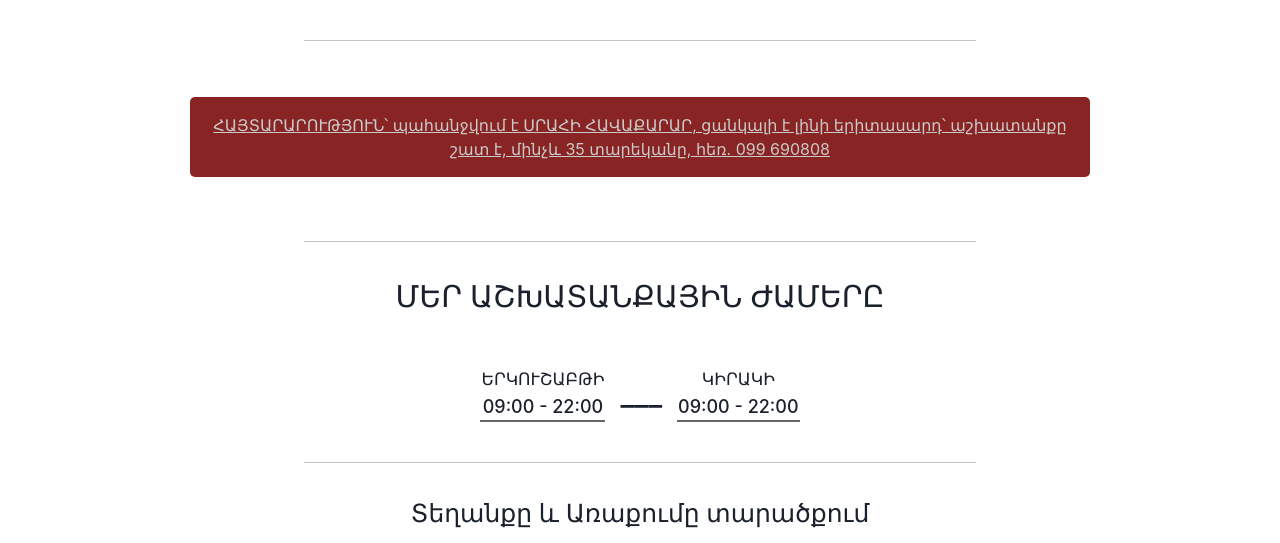
Repository: vahemar/xars
Page: /
The author's editor kept a copy of each file at every save. The page is drawn from the files as they stood at one save, then again after the next save.
The browser window is 1280 px wide. The pictures show the part of the page from y = 720 to 1263 px (the page is 3374 px tall).
Pictures or frames that could not be fetched are drawn as grey boxes. Some web fonts or font styles are not loaded; a fallback is used. Some web libraries are served in a nearby version. The project was rebuilt for these pictures with package versions that can differ from the ones it lists, and the page was loaded fresh each time. Also part of the build but not shown: vite.config.js, src/pages/Home/Delivery/index.jsx, src/pages/Menu/index.jsx.

Above is the page before, as saved 2025-06-18 00:38:03.

### index.html
<!doctype html>
<html lang="en">

<head>
  <meta charset="UTF-8" />
  <meta name="description" content="Ղարս Թոնրատուն - որակյալ սնունդ, մատչելի գներ Ղարս թոնրատանը" />
  <meta name="keywords" content="Ղարս Թոնրատուն, ձեր սիրելի թոնրատունը՝ 9, 7 Օհանովի փողոց, Երևան հասցեում" />
  <meta name="viewport" content="width=device-width, initial-scale=1.0" />
  <meta name="google-site-verification" content="C0qv3ZITlFUNR7viYanwiDDJmCASetbCN2-KpH32p_w" />
  <title>Ղարս Թոնրատուն</title>

  <link rel="icon" href="/src/assets/svg/xarslogo.svg" type="image/svg+xml" />
  <link
  rel="stylesheet"
  href="https://unpkg.com/leaflet@1.7.1/dist/leaflet.css"
/>
</head>

<body>
  <div id="root"></div>
  <script type="module" src="/src/main.jsx"></script>
</body>

</html>

### src/main.jsx
import { createRoot } from 'react-dom/client'
import App from './App.jsx'

createRoot(document.getElementById('root')).render(
  <>
    <App />
  </>
)

### src/App.jsx
import { ChakraProvider } from "@chakra-ui/react";
import { RouterProvider } from "react-router-dom";
import { router } from "./routes";
import { Analytics } from "@vercel/analytics/react";
import { Helmet, HelmetProvider } from "react-helmet-async";
import { SpeedInsights } from "@vercel/speed-insights/react";

function App() {
  return (
    <HelmetProvider>
      <ChakraProvider>
        <Helmet>
          <link rel="preload" as="font" href="/fonts/your-font.woff2" type="font/woff2" crossorigin="anonymous" />
          <title>Ղարս Թոնրատուն</title>
          <meta name="description" content="Ղարս Թոնրատուն - որակյալ սնունդ, մատչելի գներ Ղարս թոնրատանը" />
          <meta name="keywords" content="Ղարս Թոնրատուն, ձեր սիրելի թոնրատունը՝ << 9, 7 Օհանովի փողոց, Երևան >> հասցեում" />
        </Helmet>
        <SpeedInsights />
        <Analytics />
        <RouterProvider router={router} />
      </ChakraProvider>
    </HelmetProvider>
  );
}

export default App;

### src/routes/index.jsx
import React from "react";
import Home from "../pages/Home";
import { createBrowserRouter } from "react-router-dom";
import DefaultLayout from "../layouts/DefaultLayout";
import Menu from "../pages/Menu";

export const router = createBrowserRouter([
    {
        element: <DefaultLayout />,
        children: [
            {
                path: '/',
                element: <Home />,
            },
            {
                path: '/menu',
                element: <Menu />
            }
        ],
    },
]);

### src/pages/Home/index.jsx
import React from 'react'
import { Divider, Flex, Text } from '@chakra-ui/react'
import Workhours from './Workhours'
import Building from './Building'
import Delivery from './Delivery'
import Attention from './Attention'
import Location from './Location'

function Home() {
  return (
    <Flex p={2} gap={8} w={'full'} align={'center'} direction={'column'}>
      <Divider pt={8} w={'full'}  maxW={'2xl'} borderColor={'#9A9A9A'} />
      <Attention />
      <Divider pt={8} w={'full'}  maxW={'2xl'} borderColor={'#9A9A9A'} />
      <Workhours />
      <Divider w={'full'} maxW={'2xl'} borderColor={'#9A9A9A'} />
      <Flex direction={'column'} w={'full'} align={'center'}>
        <Text fontWeight={500} fontSize={'25px'} pb={10}>Տեղանքը և Առաքումը տարածքում</Text>
        <Location />
      </Flex>
      <Divider w={'full'} borderColor={'#9A9A9A'} />
      <Building />
    </Flex>
  )
}

export default Home

### src/layouts/DefaultLayout.jsx
import React from 'react'
import { Flex } from '@chakra-ui/react'
import Header from '../components/Header/Header'
import { Outlet } from 'react-router-dom'
import Footer from '../components/Footer/Footer'

function DefaultLayout() {
  return (
    <Flex w={'full'} direction={'column'}>
      <Header />
      <Outlet />
      <Footer />
    </Flex>
  )
}

export default DefaultLayout

### src/pages/Home/Workhours/index.jsx
import React from 'react'
import { Flex, Text, Divider } from '@chakra-ui/react'

function Workhours() {
    return (
        <Flex w={'full'} align={'center'} justify={'center'}>
            <Flex w={'full'} justify={'center'} gap={10} align={'center'} direction={'column'}>
                <Text fontWeight={500} fontSize={'30px'} textAlign={'center'}>ՄԵՐ ԱՇԽԱՏԱՆՔԱՅԻՆ ԺԱՄԵՐԸ</Text>
                <Flex w={'full'} align={'center'} flexWrap="wrap" justify={'center'} direction={'row'}>
                    <Flex direction={'row'} align={'center'} gap={2}>
                        <Flex direction={'column'} align={'center'} justify={'center'} m={2}>
                            <Text fontWeight={500} fontSize="17px">ԵՐԿՈՒՇԱԲԹԻ</Text>
                            <Text fontWeight={500} fontSize="18px">09:00 - 22:00</Text>
                            <Divider borderWidth={1} borderColor={'black'} />
                        </Flex>
                        <Text fontWeight={500} fontSize={'30px'}>___</Text>
                        <Flex direction={'column'} align={'center'} justify={'center'} m={2}>
                            <Text fontWeight={500} fontSize="17px">ԿԻՐԱԿԻ</Text>
                            <Text fontWeight={500} fontSize="18px">09:00 - 22:00</Text>
                            <Divider borderWidth={1} borderColor={'black'} />
                        </Flex>
                    </Flex>
                </Flex>
            </Flex>
        </Flex>
    )
}

export default Workhours;

### src/pages/Home/Building/index.jsx
import { Flex, Image, Text } from '@chakra-ui/react'
import React from 'react'
import building3 from '../../../assets/png/xarslocation3.webp'
import building2 from '../../../assets/png/xarslocation1.webp'
import building1 from '../../../assets/png/xarslocation2.webp'

function Building() {
  return (
    <Flex  pr={4} pl={4} pb={12} pt={4} w={'full'} gap={10} direction={'column'} justify={'center'} align={'center'}>
      <Flex direction={'column'} align={'center'}>
        <Text fontWeight={500} fontSize={'30px'}>ՇԻՆՈՒԹՅՈՒՆԸ</Text>
          <Flex color={'#F3E6E6'} direction={'column'}>
            <a href='https://www.google.com/maps/place/%D5%82%D5%A1%D6%80%D5%BD+%D4%B9%D5%B8%D5%B6%D6%80%D5%A1%D5%BF%D5%B8%D6%82%D5%B6+(Ghars%2FXars+Tonratun)/@40.1804887,44.4458657,18.75z/data=!4m6!3m5!1s0x406abd003d524eeb:0xdcf01adc8feb5539!8m2!3d40.1804333!4d44.4461906!16s%2Fg%2F11lmjpf67j?entry=ttu'>
              <Text fontSize={'17px'} lineHeight={'6px'} fontWeight={500} _hover={{ color: 'black' }} color={'gray'} transition={'0.2s'}>Ղարս Թոնրատուն </Text>
            </a>
          </Flex>
      </Flex>
      <Flex wrap={'wrap'} justify={'center'} direction={'row'} gap={'5px'} align={'center'}>
        <Image borderRadius={'5px'} src={building1} />
        <Image borderRadius={'5px'} src={building2} />
        <Image borderRadius={'5px'} src={building3} />
      </Flex>
    </Flex>
  )
}

export default Building

### src/pages/Home/Attention/index.jsx
import { Flex, Text } from '@chakra-ui/react'
import React from 'react'

function Attention() {
  return (
    <Flex mt={6} borderRadius={'5px'} p={4} maxW={'900px'} w={'full'} bg={'#882423'} direction={'column'} justify={'center'} align={'center'}>
        <a href='tel:099690808'>
        <Text textDecoration={'underline'} color={'#CACACA'} _hover={{color: 'white'}} transition={'0.2s'} textAlign={'center'} cursor={'pointer'}>ՀԱՅՏԱՐԱՐՈՒԹՅՈՒՆ՝ պահանջվում է ՍՐԱՀԻ ՀԱՎԱՔԱՐԱՐ, ցանկալի է լինի երիտասարդ՝ աշխատանքը շատ է, մինչև 35 տարեկանը, հեռ. 099 690808 </Text>
        </a>
    </Flex>
  )
}

export default Attention

### src/pages/Home/Location/index.jsx
import React from "react";
import { Flex, Image, Text } from '@chakra-ui/react'
import MapComponent from "../../../components/MapComponent/MapComponent";

const Location = () => {
    return (
        <Flex w={'full'} direction={'column'} justify={'center'} pb={2} >
            <MapComponent />
        </Flex>
    );
}

export default Location

### src/components/Header/Header.jsx
import React, { useState, useEffect } from 'react'
import { Box, Flex, Image, Input, Text, filter } from '@chakra-ui/react'
import xarsImage from '../../assets/svg/xarslogo.svg'
import { useLocation, useNavigate } from 'react-router'
import searchIcon from '../../assets/svg/search-svgrepo-com.svg'
import { menu } from '../../constants/constants'

function Header() {
  const [isSticky, setIsSticky] = useState(false)
  const [openSearch, setOpenSearch] = useState(false)
  const [inputValue, setInputValue] = useState('')
  const [filteredItems, setFilteredItems] = useState([])
  const navigate = useNavigate()
  const location = useLocation()

  useEffect(() => {
    const handleScroll = () => {
      setIsSticky(window.scrollY > 0)
    }
    window.addEventListener('scroll', handleScroll)
    return () => {
      window.removeEventListener('scroll', handleScroll)
    }
  }, [])

  const handleSearch = (e) => {
    const value = e.target.value;
    setInputValue(value);

    if (value !== '') {
      const filtered = menu.filter(item =>
        item.mainChannel.toLowerCase().includes(value.toLowerCase()) ||
        item.secondaryChannel.some(subCategory =>
          subCategory.foodListNames.toLowerCase().includes(value.toLowerCase()) ||
          subCategory.foodList.some(foodItem =>
            foodItem.name.toLowerCase().includes(value.toLowerCase())
          )
        )
      );
      setFilteredItems(filtered);
    } else {
      setFilteredItems([]);
    }
  };

  const handleSearchSubmit = (e) => {
    if (e.key === 'Enter' && inputValue) {
      navigate('/menu', { state: { searchQuery: inputValue } })
      setOpenSearch(false)
      setInputValue('')
      setFilteredItems([])
    }
  }

  return (
    <Flex w={'full'} color={'#D0D0D0'}>
      <Flex display={['none', 'none', 'none', 'flex', 'flex']} w={'full'} direction={'column'}>
        {location.pathname !== '/menu' && (
          <Flex align={'center'} justify={'center'} overflow={'hidden'} direction={'column'} pos={'relative'} w={'full'} h={'100vh'}>
            <video autoPlay muted loop playsInline style={{ width: '100%', height: '100%', position: 'absolute', zIndex: '-1', objectFit: 'cover' }}>
              <source src='/videos/0409.mp4' type='video/mp4' />
            </video>
          </Flex>
        )}
        <Flex justify={'space-between'} color={'white'} pos={'fixed'} top={0} w={'full'} bg={isSticky ? 'rgba(0, 0, 0, 0.3)' : 'transparent'} transition={'0.3s ease'} pb={4} pt={4} pr={10} pl={10} zIndex={9999}>
          <Flex direction={'row'} gap={2} align={'center'} onClick={() => window.scrollTo({ top: 0, behavior: 'smooth' })} pointerEvents={'auto'} >
            <Image transition={'0.1s'} border={isSticky ? '' : ''} borderRadius={'360px'} src={xarsImage} cursor={'pointer'} id='#home' width={'75px'} height={'75px'} fill='#FFF' stroke='#FFF' />
          </Flex>
          <Flex gap={6}>
            <Flex direction={'row'} gap={4} align={'center'} transition={'0.3s'}>
              {location.pathname === '/menu' && (
                <>
                  {/* <Image src={searchIcon} transition="0.3s" onClick={() => setOpenSearch(!openSearch)} />
                  {openSearch && (
                    <Box pos="relative" overflow="hidden">
                      <Input transition="0.3s" h="34px" bg="#E1E1E1" borderColor="transparent" color="black" onChange={handleSearch} value={inputValue} onKeyDown={handleSearchSubmit} />
                      {filteredItems.length > 0 && (
                        <Box w="full" bg="white" color="black" position="absolute">
                          {filteredItems.map((item) => (
                            <Text key={item.id || item.mainChannel} cursor="pointer" _hover={{ color: 'gray.200' }}>{item.secondaryChannel.map((item) =>
                              <Text>{item.foodListNames}</Text>
                              // {item.foodList.map((item) =>
                              //   <Text></Text>
                              //   )}
                              )}
                              </Text>
                          ))}
                        </Box>
                      )}
                    </Box> */}
                  {/* )} */}
                </>
              )}

              <Text cursor={'pointer'} color={'gray.200'} fontWeight={600} transition={'0.2s'} _hover={{ color: '#DE2522' }}
                onClick={() => navigate(location.pathname === '/menu' ? '/' : '/menu')} fontSize={'21px'} fontFamily={'arial'}>
                {location.pathname === '/menu' ? 'Գլխավոր էջ' : 'Մենյու'}
              </Text>
            </Flex>

            <Flex gap={6} pl={4} pr={4} direction={'row'} align={'center'} borderRadius={'7px'} bg={'#742726'}>
                <Flex fontWeight={500} lineHeight={'20px'} color={'#F3E6E6'} direction={'column'}>
                  <a href='tel:+091730771'><Text _hover={{ color: 'gray.200' }} transition={'0.2s'} as='span'>(091) 730 771</Text></a>
                  <a href='tel:+093730771'><Text _hover={{ color: 'gray.200' }} transition={'0.2s'} as='span'>(093) 730 771</Text></a>
                </Flex>
                <Flex color={'#F3E6E6'} direction={'column'}>
                  <a href='https://www.google.com/maps/place/%D5%82%D5%A1%D6%80%D5%BD+%D4%B9%D5%B8%D5%B6%D6%80%D5%A1%D5%BF%D5%B8%D6%82%D5%B6+(Ghars%2FXars+Tonratun)/@40.1804887,44.4458657,18.75z/data=!4m6!3m5!1s0x406abd003d524eeb:0xdcf01adc8feb5539!8m2!3d40.1804333!4d44.4461906!16s%2Fg%2F11lmjpf67j?entry=ttu'>
                    <Text fontWeight={500} _hover={{ color: 'white' }} transition={'0.2s'} color={'gray.200'}>Օհանովի 9/7</Text>
                  </a>
                </Flex>
            </Flex>
          </Flex>
        </Flex>
      </Flex>

      <Flex display={['flex', 'flex', 'flex', 'none', 'none']} w={'full'}>
        {location.pathname !== '/menu' && (
          <Flex align={'center'} justify={'center'} overflow={'hidden'} direction={'column'} pos={'relative'} w={'full'} h={'100vh'}>
            <video autoPlay muted loop playsInline style={{ width: '100%', height: '100%', position: 'absolute', zIndex: '-1', objectFit: 'cover' }}>
              <source src='/videos/0409.mp4' type='video/mp4' />
            </video>
          </Flex>
        )}
        <Flex align={'center'} transition={'0.3s'} gap={4} justify={'space-between'} color={'white'} pos={'fixed'} top={0} w={'full'} bg={isSticky ? 'rgba(0, 0, 0, 0.3)' : 'transparent'}
          pb={2} pt={2} pr={8} pl={6} zIndex={9999}>
          <Flex direction={'row'} gap={2} align={'center'} onClick={() => window.scrollTo({ top: 0, behavior: 'smooth' })} pointerEvents={'auto'} >
            <Image borderRadius={'360px'} src={xarsImage} cursor={'pointer'} id='#home' width={'65px'} height={'65px'} fill='#FFF' stroke='#FFF' />
          </Flex>
          <Flex>
            <Text textAlign={'center'} fontSize={'2xl'} cursor={'pointer'} fontWeight={600} transition={'0.2s'} _hover={{ color: '#DE2522' }}
              onClick={() => navigate(location.pathname === '/menu' ? '/' : '/menu')} fontFamily={'arial'}>
              {location.pathname === '/menu' ? 'Գլխավոր էջ' : 'Մենյու'}
            </Text>
          </Flex>
        </Flex>
      </Flex>
    </Flex>
  )
}

export default Header

### src/components/Footer/Footer.jsx
import React from 'react'
import { Flex, Text, Image } from '@chakra-ui/react'
import xarsImage from '../../assets/svg/xarslogo.svg'
import instagramXars from '../../assets/svg/icon-social-isnatgram.svg'
import tiktokXars from '../../assets/svg/tiktok-icon.svg'


function Footer() {
  return (
    <Flex w={'full'}>
      <Flex w={'full'} display={['none', 'none', 'none', 'flex', 'flex']} align={'center'} gap={4} direction={'column'} justify={'center'} pb={6} pt={12}  bg={'#742726'}>
        <Flex direction={'column'} gap={'4px'} align={'center'} onClick={() => window.scrollTo({ top: 0, behavior: 'smooth' })} pointerEvents={'auto'} >
          <Image src={xarsImage} cursor={'pointer'} id='#home' width={'150px'} height={'150px'} fill='#FFF' stroke='#FFF' />
          <Text fontWeight={500} color={'white'} cursor={'pointer'} fontSize={'18px'}>Ղարս Թոնրատուն</Text>
        </Flex>
        <Flex align={'center'} direction={'column'}>
          <Flex lineHeight={'17px'} align={'center'} direction={'column'} gap={'4px'}>
            <a href='https://www.google.com/maps/place/%D5%82%D5%A1%D6%80%D5%BD+%D4%B9%D5%B8%D5%B6%D6%80%D5%A1%D5%BF%D5%B8%D6%82%D5%B6+(Ghars%2FXars+Tonratun)/@40.1804887,44.4458657,18.75z/data=!4m6!3m5!1s0x406abd003d524eeb:0xdcf01adc8feb5539!8m2!3d40.1804333!4d44.4461906!16s%2Fg%2F11lmjpf67j?entry=ttu'>
              <Text _hover={{ color: 'white' }} transition={'0.2s'} color={'#E7E7E7'}>Երևան, Օհանովի 9/7</Text>
            </a>
            <Flex color={'#E7E7E7'} direction={'column'} gap={2} pt={'2px'} align={'center'}>
              {/* <Text>Հեռախոսահամար.</Text> */}
              <Flex direction={'row'}gap={'4px'}>
              <a href='tel:+091730771'>
                <Text _hover={{ color: 'white' }} transition={'0.2s'} as='span'>091 730 771 /</Text>
              </a>
              <a href='tel:+093730771'>
                <Text _hover={{ color: 'white' }} transition={'0.2s'} as='span'>093 730 771</Text>
              </a>
              </Flex>

            </Flex>
          </Flex>
          <Flex pt={4} gap={2}>
          <Image src={tiktokXars} width={'30px'} height={'30px'} cursor={'pointer'} onClick={() => window.open('https://www.tiktok.com/@xarstonratun', '_blank')}/>
            <Image src={instagramXars} width={'30px'} height={'30px'} cursor={'pointer'} onClick={() => window.open('https://www.instagram.com/xarstonratun', '_blank')}/>
          </Flex>
        </Flex>
      </Flex>
      <Flex w={'full'} display={['flex', 'flex', 'flex', 'none', 'none']} align={'center'} gap={4} direction={'column'} justify={'center'} pr={6} pl={4} pb={6} pt={8} bg={'#742726'}>
      <Flex direction={'column'} gap={'4px'} align={'center'} onClick={() => window.scrollTo({ top: 0, behavior: 'smooth' })} pointerEvents={'auto'} >
          <Image src={xarsImage} cursor={'pointer'} id='#home' width={'120px'} height={'120px'} fill='#FFF' stroke='#FFF' />
          <Text fontWeight={500} color={'white'} cursor={'pointer'} fontSize={'18px'}>Ղարս Թոնրատուն</Text>
        </Flex>
        <Flex align={'center'} direction={'column'}>
          <Flex lineHeight={'17px'} align={'center'} direction={'column'} gap={2}>
            <a href='https://www.google.com/maps/place/%D5%82%D5%A1%D6%80%D5%BD+%D4%B9%D5%B8%D5%B6%D6%80%D5%A1%D5%BF%D5%B8%D6%82%D5%B6+(Ghars%2FXars+Tonratun)/@40.1804887,44.4458657,18.75z/data=!4m6!3m5!1s0x406abd003d524eeb:0xdcf01adc8feb5539!8m2!3d40.1804333!4d44.4461906!16s%2Fg%2F11lmjpf67j?entry=ttu'>
              <Text _hover={{ color: 'white' }} transition={'0.2s'} color={'#E7E7E7'}>Երևան, Օհանովի 9/7</Text>
            </a>
            <Flex color={'#E7E7E7'} direction={'column'} gap={'2px'} align={'center'} justify={'center'}>
              <a href='tel:+091730771'>
                <Text _hover={{ color: 'white' }} transition={'0.2s'} as='span'>091 730 771 </Text>
              </a>
              <a href='tel:+093730771'>
                <Text _hover={{ color: 'white' }} transition={'0.2s'} as='span'>093 730 771</Text>
              </a>
            </Flex>
          </Flex>
          <Flex pt={4} direction='row' gap={2} align={'center'}>
          <Image src={tiktokXars} width={'30px'} height={'30px'} cursor={'pointer'} onClick={() => window.open('https://www.tiktok.com/@xarstonratun', '_blank')}/>
            <Image src={instagramXars} width={'30px'} height={'30px'} cursor={'pointer'} onClick={() => window.open('https://www.instagram.com/xarstonratun', '_blank')}/>
          </Flex>
        </Flex>
      </Flex>
    </Flex>
  )
}

export default Footer

### src/components/MapComponent/MapComponent.jsx
import React, { useEffect, useState } from 'react';
import L from 'leaflet';
import 'leaflet/dist/leaflet.css';


const MapComponent = () => {
    const [mapInteractionsEnabled, setMapInteractionsEnabled] = useState(false);
    const mapRef = React.useRef(null);
    const [hovering, setHovering] = useState(false); // Track hover state
    useEffect(() => {
        if (!mapRef.current) {
            console.log('Initializing map...');
            const map = L.map('map', { attributionControl: false }).setView([40.1804333, 44.4461906], 13);

            if (map) {
                console.log('Map initialized successfully.');
            } else {
                console.log('Map initialization failed.');
            }

            const redMarker = L.divIcon({
                className: 'custom-red-marker',
                html: '<div style="width: 10px; height: 10px; background-color: #621817; border-radius: 30%;"></div>',
                iconSize: [10, 10],
                iconAnchor: [5, 8]
            });

            L.tileLayer('https://{s}.tile.openstreetmap.org/{z}/{x}/{y}.png', {
                attribution: '&copy; <a href="https://www.openstreetmap.org/copyright">OpenStreetMap</a> contributors'
            }).addTo(map);

            L.marker([40.1804333, 44.4461906], { icon: redMarker })
                .addTo(map)
                .bindTooltip('<b>Ղարս Թոնրատուն</b>', {
                    permanent: true,
                    direction: 'top',
                    className: 'custom-tooltip'
                })
                .openTooltip();

            // Add circle
            L.circle([40.1816664, 44.4361517], {
                color: '#621817',
                fillColor: '#742726',
                fillOpacity: 0.3,
                radius: 1550
            }).addTo(map);

            mapRef.current = map;
        }

        return () => {
            if (mapRef.current) {
                mapRef.current.remove();
                mapRef.current = null; // Clean up reference
            }
        };
    }, []);

    // Enable or disable map interactions
    const toggleMapInteractions = () => {
        setMapInteractionsEnabled((prev) => !prev);
    };

    // Enable or disable map interactions based on state
    useEffect(() => {
        if (mapRef.current) {
            const map = mapRef.current;
            if (mapInteractionsEnabled) {
                map.dragging.enable();
                map.scrollWheelZoom.enable();
                map.touchZoom.enable();
                map.doubleClickZoom.enable();
            } else {
                map.dragging.disable();
                map.scrollWheelZoom.disable();
                map.touchZoom.disable();
                map.doubleClickZoom.disable();
            }
        }
    }, [mapInteractionsEnabled]);

    return (
        <div style={{ position: 'relative' }}>
            {/* Overlay for hover effect */}
            <div
                id="map-overlay"
                style={{
                    position: 'absolute',
                    top: 0,
                    left: 0,
                    right: 0,
                    bottom: 0,
                    backgroundColor: 'rgba(0, 0, 0, 0.3)', // Dark overlay effect
                    opacity: mapInteractionsEnabled ? 0 : hovering ? 1 : 0, // Disable hover effect when interactions are enabled
                    transition: 'opacity 0.3s ease', // Smooth transition
                    pointerEvents: 'none', // Allow clicking through the overlay
                    zIndex: 999, // Overlay above map
                }}
            ></div>

            {/* Button to toggle map interactions */}
            <button
                className="interact-button"
                onClick={toggleMapInteractions}
                style={{
                    position: 'absolute',
                    top: '10px',
                    left: '50%',
                    transform: 'translateX(-50%)', // Center button horizontally
                    backgroundColor: '#742726',
                    color: 'white',
                    padding: '10px',
                    border: 'none',
                    borderRadius: '5px',
                    cursor: 'pointer',
                    zIndex: '1000',
                    opacity: hovering ? 1 : 0, // Show button when hovering over the map
                    transition: 'opacity 0.3s ease', // Smooth transition for visibility
                }}
                id="interactButton"
                onMouseEnter={() => setHovering(true)} // Keep hovering true when hovering over the button
                onMouseLeave={() => setHovering(false)} // Stop hovering when leaving the button
            >
                {mapInteractionsEnabled ? 'Չփոխազդել' : 'Փոխազդել '}
            </button>

            {/* Map Container */}
            <div
                id="map"
                style={{
                    height: '430px',
                    width: '100%',
                    position: 'relative',
                    cursor: 'pointer',
                }}
                onMouseEnter={() => setHovering(true)} // Show overlay and button on hover
                onMouseLeave={() => setHovering(false)} // Hide overlay and button when hover ends
            ></div>
        </div>
    );
};

export default MapComponent;

Loaded but not shown: src/constants/constants.jsx (238 lines, source omitted)

After the next save:
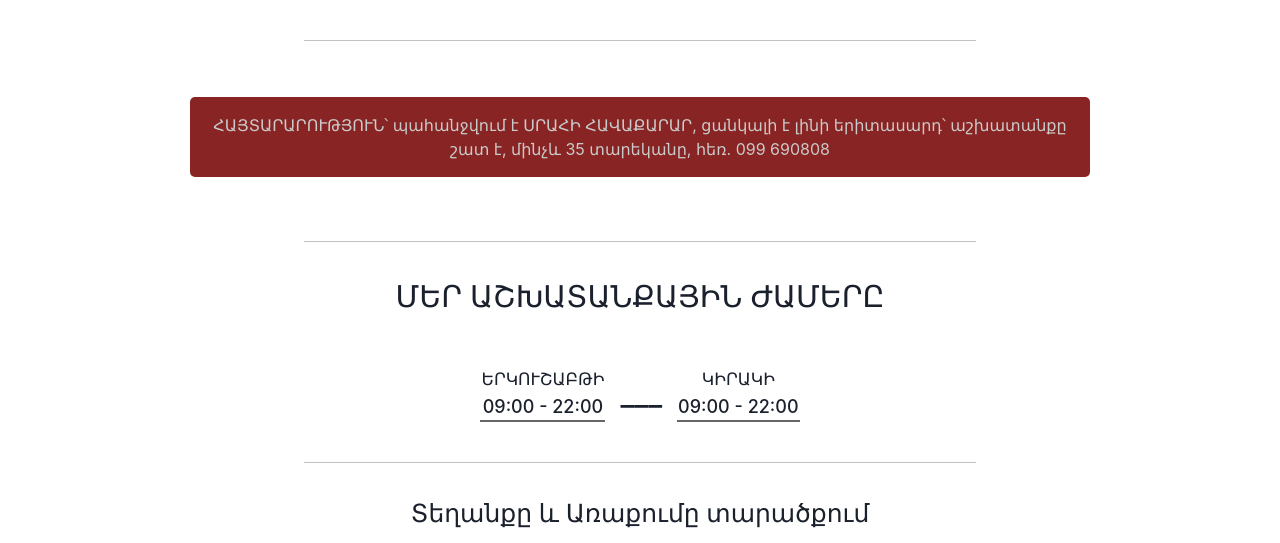
Saved 38 s later.
--- a/src/pages/Home/Attention/index.jsx
+++ b/src/pages/Home/Attention/index.jsx
@@ -5,7 +5,7 @@ function Attention() {
   return (
     <Flex mt={6} borderRadius={'5px'} p={4} maxW={'900px'} w={'full'} bg={'#882423'} direction={'column'} justify={'center'} align={'center'}>
         <a href='tel:099690808'>
-        <Text textDecoration={'underline'} color={'#CACACA'} _hover={{color: 'white'}} transition={'0.2s'} textAlign={'center'} cursor={'pointer'}>ՀԱՅՏԱՐԱՐՈՒԹՅՈՒՆ՝ պահանջվում է ՍՐԱՀԻ ՀԱՎԱՔԱՐԱՐ, ցանկալի է լինի երիտասարդ՝ աշխատանքը շատ է, մինչև 35 տարեկանը, հեռ. 099 690808 </Text>
+        <Text  color={'#CACACA'} _hover={{color: 'white'}} transition={'0.2s'} textAlign={'center'} cursor={'pointer'}>ՀԱՅՏԱՐԱՐՈՒԹՅՈՒՆ՝ պահանջվում է ՍՐԱՀԻ ՀԱՎԱՔԱՐԱՐ, ցանկալի է լինի երիտասարդ՝ աշխատանքը շատ է, մինչև 35 տարեկանը, հեռ. 099 690808 </Text>
         </a>
     </Flex>
   )
